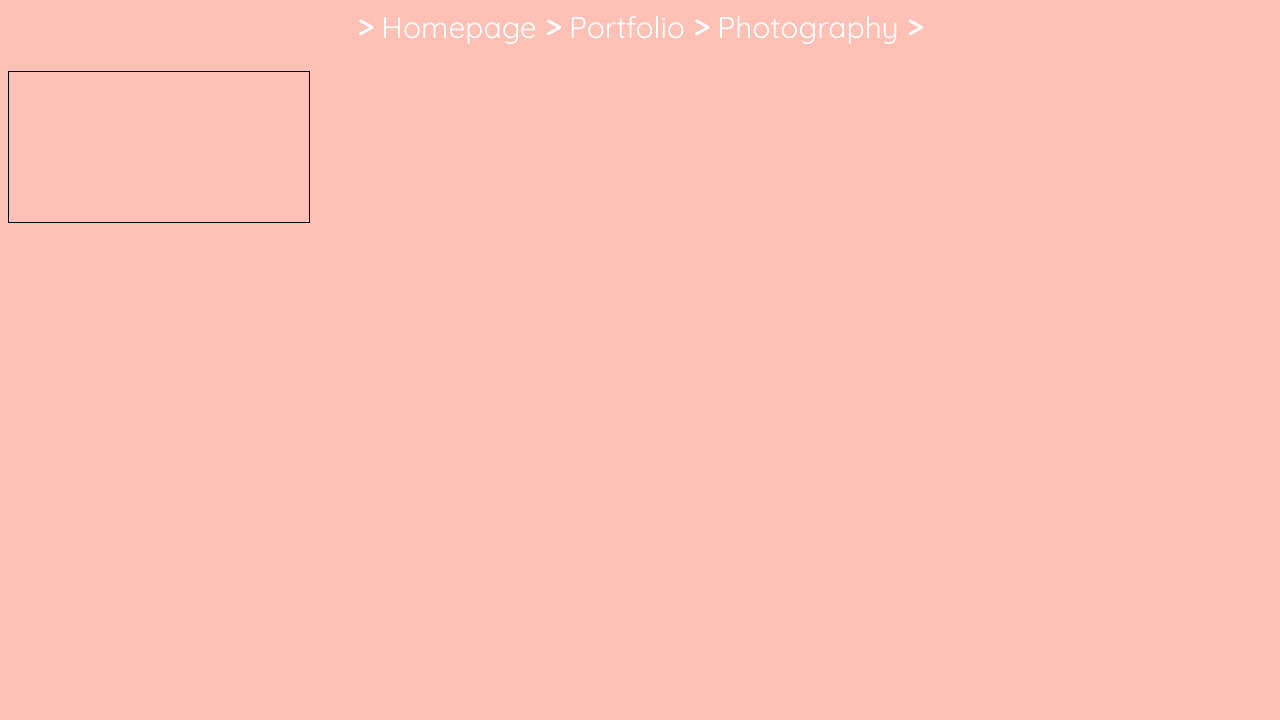
Repository: VivianVDinh/VivianVDinh.github.io
Page: flappyBird.html
The author's editor kept a record of every edit. The page is drawn from the files as they stood at one moment, then again after the next edit.
The browser window is 1280 px wide. The pictures show the whole page.
Some web fonts or font styles are not loaded; a fallback is used.

Above is the page before.

After the next edit:
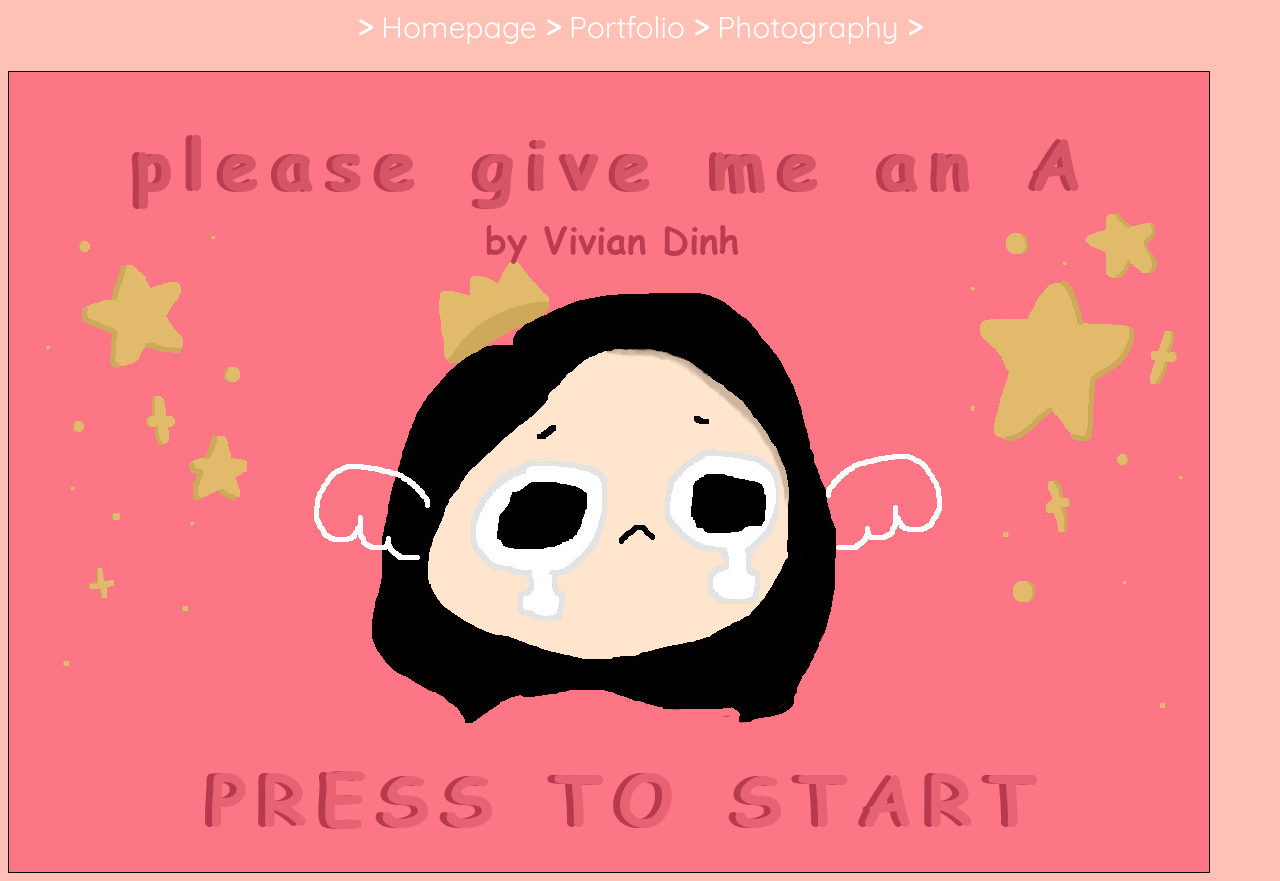
The edit:
--- a/flappyBird.html
+++ b/flappyBird.html
@@ -34,8 +34,7 @@
         >
         </h2>
   </p>
-  <style = "margin-left:230px;">
-    <script type = "text/processing">
+  <script type = "text/processing">
       PImage bg, me, botPipe, topPipe,pressStart;
       int bgx,bgy, mx, my, g, Vmy;
       int[] pipeX, pipeY; //2 arrays
